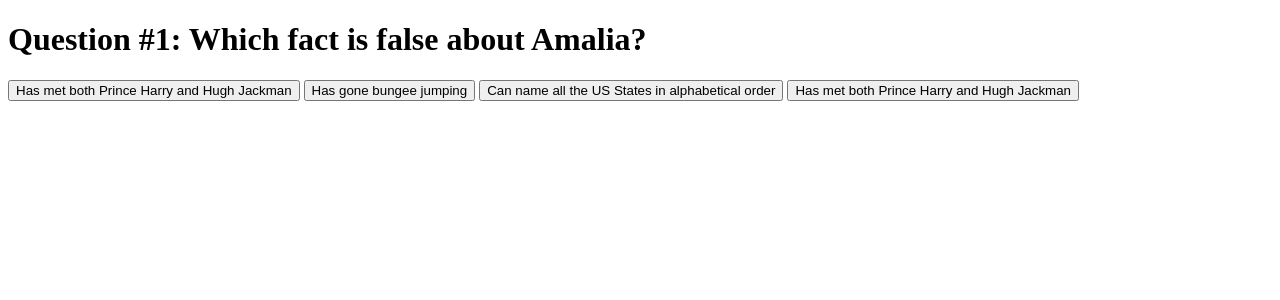
Repository: RenataDzotova/Trivia-BCIT
Page: http://localhost/quiz?q=1
The author's editor kept a copy of each file at every save. The page is drawn from the files as they stood at one save, then again after the next save.
The browser window is 1280 px wide. The pictures show the whole page.
The page is served by the project's Node server (index.js).

Above is the page before, as saved 2022-11-08 11:02:42.

After the next save:
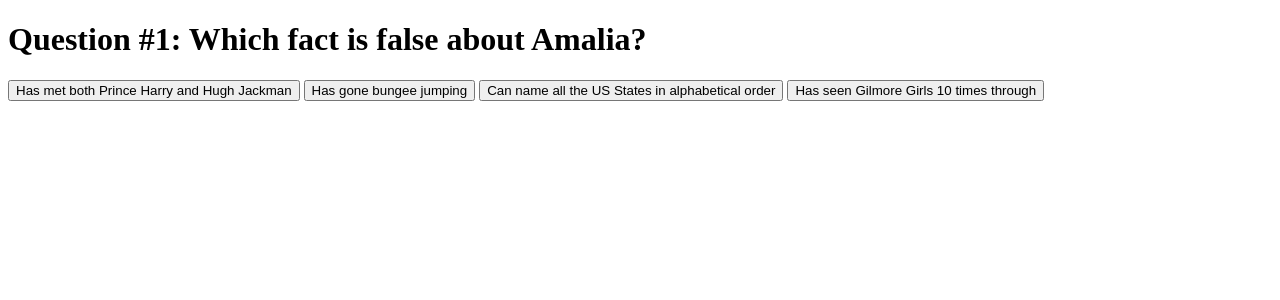
Saved 3 min 2 s later.
--- a/views/question.ejs
+++ b/views/question.ejs
@@ -32,7 +32,7 @@
     <button onclick="SendAnswer('<%= allQuestions[qnum].num %>', 'opt1')"><%= allQuestions[qnum].opt1 %></button>
     <button onclick="SendAnswer('<%= allQuestions[qnum].num %>', 'opt2')"><%= allQuestions[qnum].opt2 %></button>
     <button onclick="SendAnswer('<%= allQuestions[qnum].num %>', 'opt3')"><%= allQuestions[qnum].opt3 %></button>
-    <button onclick="SendAnswer('<%= allQuestions[qnum].num %>', 'opt4')"><%= allQuestions[qnum].opt1 %></button>
+    <button onclick="SendAnswer('<%= allQuestions[qnum].num %>', 'opt4')"><%= allQuestions[qnum].opt4 %></button>
 
     <!-- <button onclick="SendAnswer(1,{allQuestions[]})">{allQuestions[].opt1}</button>
     <button onclick="SendAnswer(2,{allQuestions[]})">{allQuestions[].opt2} </button>
